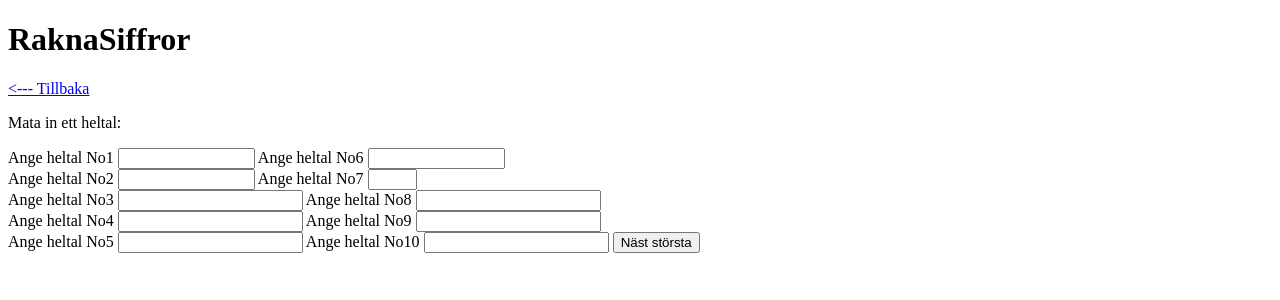
Repository: dn222em/1dv403-laborationer
Page: 1-vandalen/counta/index22.html
The author's editor kept a record of every edit. The page is drawn from the files as they stood at one moment, then again after the next edit.
The browser window is 1280 px wide. The pictures show the whole page.

Above is the page before.

### 1-vandalen/counta/index22.html
<!DOCTYPE html>
<html lang="sv">
<head>
	<meta charset="UTF-8" />
 	<title>JavaScript - Strängar</title>
 	<style>
 		.error {
 			background-color: #F7A1A1;
 		}
 	</style>
</head>
    <body>
        <h1>RaknaSiffror</h1>
        <a href="../index.html">&lt;--- Tillbaka</a>
        <p>Mata in ett heltal:</p>

 		<form>
 		     Ange heltal No1
 			<input type="text" id="string" size="14"/>
  	        Ange heltal No6
 			<input type="text" id="string6" size="14"/>
 			<br />
 			Ange heltal No2
 			<input type="text" id="string2" size="14"/>
  		     Ange heltal No7
 			<input type="text" id="string7" size="3"/>
 			<br />
 		    Ange heltal No3
 			<input type="text" id="string3" />
 			Ange heltal No8
 			<input type="text" id="string8" />
 			<br />
 		    Ange heltal No4
 			<input type="text" id="string4" />
 		    Ange heltal No9
 			<input type="text" id="string9" />
 			<br />
 			 Ange heltal No5
 			<input type="text" id="string5" />
 		    Ange heltal No10
 			<input type="text" id="string10" />
 			<input id="send" type="submit" value="Näst största" />
 			<p id="value"></p>
		</form>

    	  <script src="script.js"></script>

    </body>
</html>

### 1-vandalen/counta/script.js
"use strict";
window.onload = function(){

	var isPalindrom = function(str){

		//Input-string converts to lower case.
		str = str.toLowerCase();

		//Create a new string without white-spaces.
		var res = str.replace(/\s/g, '');

		//Create an Array with characters
		var firstArr = res.split("");

		//Deklare a new Array.
		//Pushes the first Array's values backwards to the new one.
		var secondArr = [];

		for (var i = firstArr.length - 1; i >= 0; --i){
			 secondArr.push(firstArr[i]);
		}

		//Checks if the two Arrays have the same values
		if(firstArr.join(",") == secondArr.join(",")){

			//Introduce the palindrom and the positive result.
			var pali = str.fontcolor("blue") +' är ett palindrom!'.fontcolor("green");
			return pali;
		}

		//Introduve the negative result.
		pali = str.fontcolor("blue") +' är inte ett palindrom!'.fontcolor("red");
		return pali;
	};
	// ------------------------------------------------------------------------------
	//Lånar kod från Webbteknik 1 - uppgift 1
	// Kod för att hantera utskrift och inmatning. 	// Kod för att hantera utskrift och inmatning. Denna ska du inte behöva förändra
	var p = document.querySelector("#value"); // Referens till DOM-noden med id="#value"
	var input = document.querySelector("#string");
	var submit = document.querySelector("#send");

	// Vi kopplar en eventhanterare till formulärets skickaknapp som kör en anonym funktion.
	submit.addEventListener("click", function(e){
		e.preventDefault(); // Hindra formuläret från att skickas till servern. Vi hanterar allt på klienten.

		p.classList.remove( "error");

		try {
			var answer = isPalindrom(input.value) // Läser in texten från textrutan och skickar till funktionen "convertString"
			p.innerHTML = answer;		// Skriver ut texten från arrayen som skapats i funktionen.
		} catch (error){
			p.classList.add( "error"); // Växla CSS-klass, IE10+
			p.innerHTML = error.message;
		}

	});



};

After the next edit:
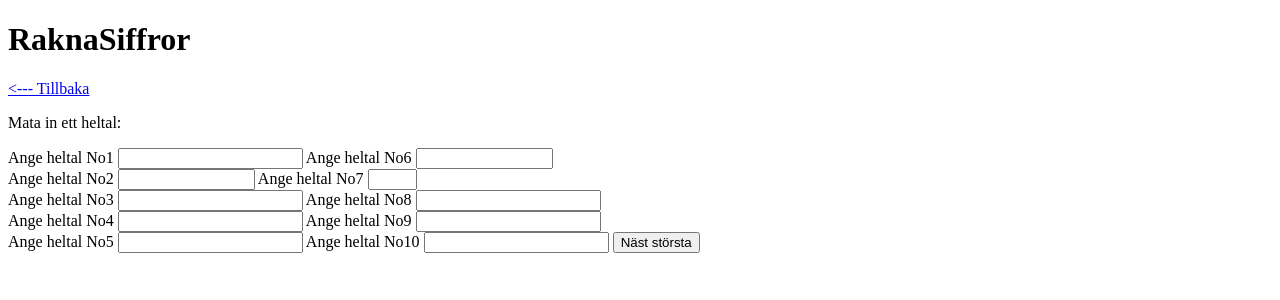
The edit:
--- a/1-vandalen/counta/index22.html
+++ b/1-vandalen/counta/index22.html
@@ -16,7 +16,7 @@
 
  		<form>
  		     Ange heltal No1
- 			<input type="text" id="string" size="14"/>
+ 			<input type="text" id="string" />
   	        Ange heltal No6
  			<input type="text" id="string6" size="14"/>
  			<br />
